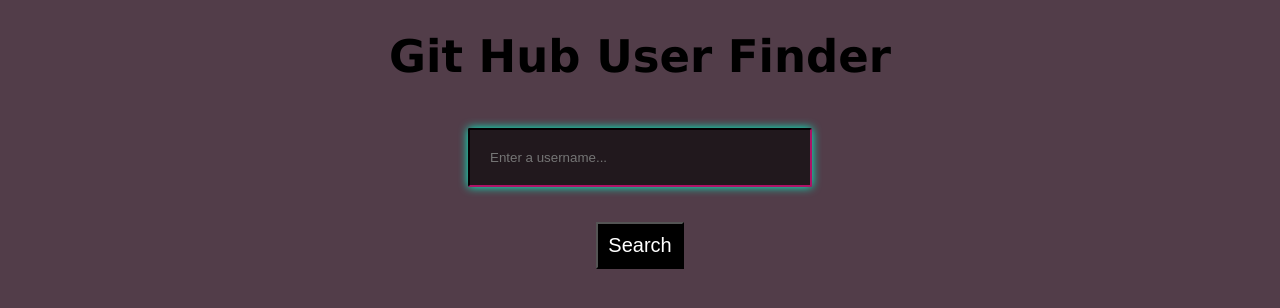
Repository: Dharshinimk-521/github-user-finder
Page: index.html
The author's editor kept a copy of each file at every save. The page is drawn from the files as they stood at one save, then again after the next save.
The browser window is 1280 px wide. The pictures show the whole page.
The first visible `#input` has the focus.
Some web fonts or font styles are not loaded; a fallback is used.

Above is the page before, as saved 2026-04-13 21:09:02.

After the next save:
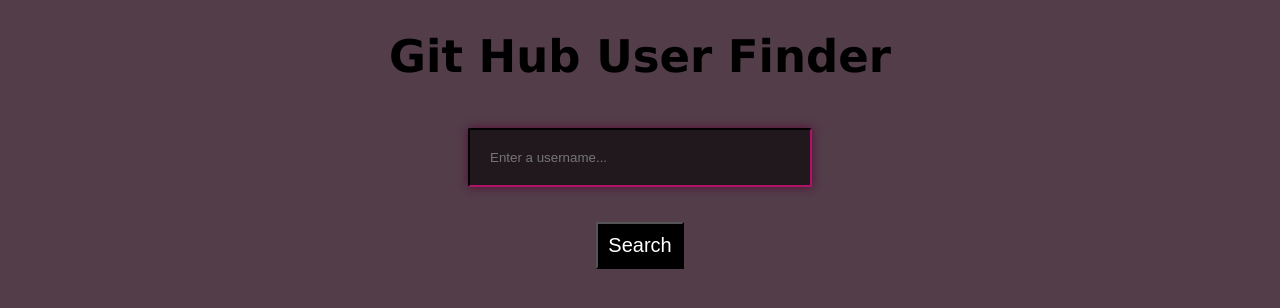
Saved 19 s later.
--- a/style.css
+++ b/style.css
@@ -20,7 +20,7 @@ body{
 }
 #input:focus{
     border-color: #590a35;
-    box-shadow: 0 0 10px #00ffcc;
+    box-shadow: 0 0 10px #590a35;
 }
 #search{
     padding:10px;
